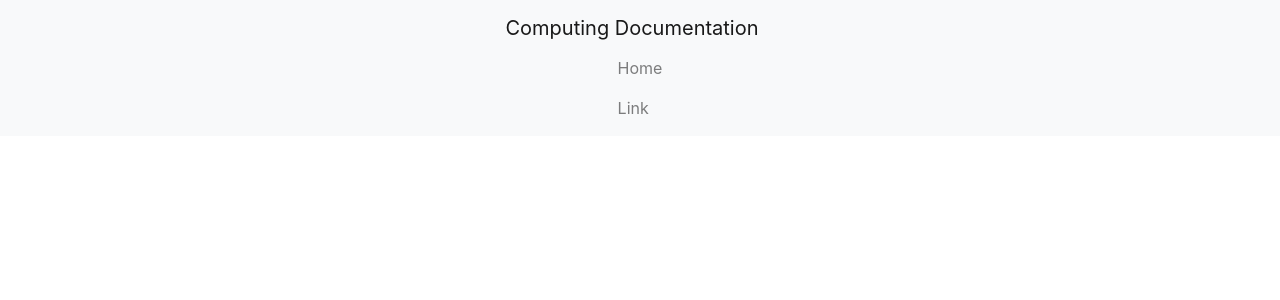
Repository: derektypist/technical-documentation-page
Page: index.html
The author's editor kept a record of every edit. The page is drawn from the files as they stood at one moment, then again after the next edit.
The browser window is 1280 px wide. The pictures show the whole page.

Above is the page before.

### index.html
<!DOCTYPE html>
<html lang="en">
<head>
    <meta charset="UTF-8">
    <meta name="viewport" content="width=device-width, initial-scale=1.0">
    <meta http-equiv="X-UA-Compatible" content="ie=edge">
    <title>Technical Documentation Page</title>
    <!-- Load Style Sheets -->
    <link rel="stylesheet" href="https://maxcdn.bootstrapcdn.com/bootstrap/4.4.1/css/bootstrap.min.css" integrity="sha384-Vkoo8x4CGsO3+Hhxv8T/Q5PaXtkKtu6ug5TOeNV6gBiFeWPGFN9MuhOf23Q9Ifjh" crossorigin="anonymous">
    <link href="https://fonts.googleapis.com/css?family=Roboto|Roboto+Mono&display=swap" rel="stylesheet">
    <style>

    </style>
</head>
<body>
    <nav class="navbar navbar-expand navbar-light bg-light nav flex-column">
  <a class="navbar-brand" href="#">Computing Documentation</a>
  <button class="navbar-toggler" type="button" data-toggle="collapse" data-target="#navbarSupportedContent" aria-controls="navbarSupportedContent" aria-expanded="false" aria-label="Toggle navigation">
    <span class="navbar-toggler-icon"></span>
  </button>

  <div class="collapse navbar-collapse" id="navbarSupportedContent">
    <ul class="navbar-nav mr-auto flex-column">
      <li class="nav-item">
        <a class="nav-link" href="#">Home <span class="sr-only">(current)</span></a>
      </li>
      <li class="nav-item">
        <a class="nav-link" href="#">Link</a>
      </li>

</nav>
</body>
</html>

After the next edit:
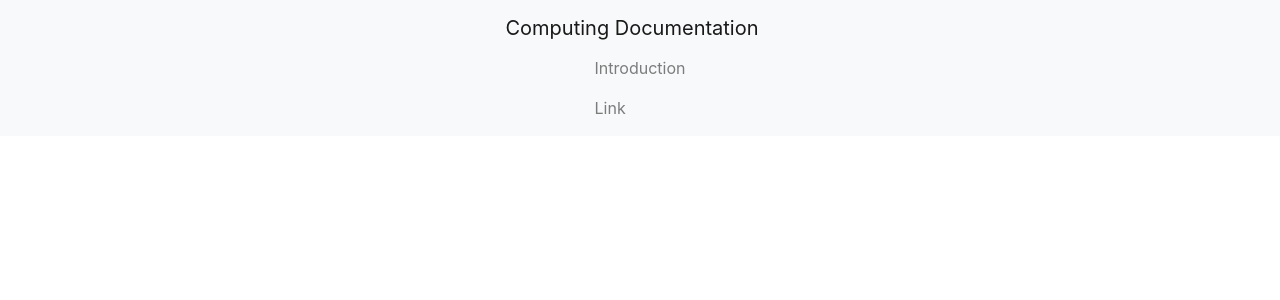
The edit:
--- a/index.html
+++ b/index.html
@@ -22,7 +22,7 @@
   <div class="collapse navbar-collapse" id="navbarSupportedContent">
     <ul class="navbar-nav mr-auto flex-column">
       <li class="nav-item">
-        <a class="nav-link" href="#">Home <span class="sr-only">(current)</span></a>
+        <a class="nav-link" href="#">Introduction</a>
       </li>
       <li class="nav-item">
         <a class="nav-link" href="#">Link</a>
